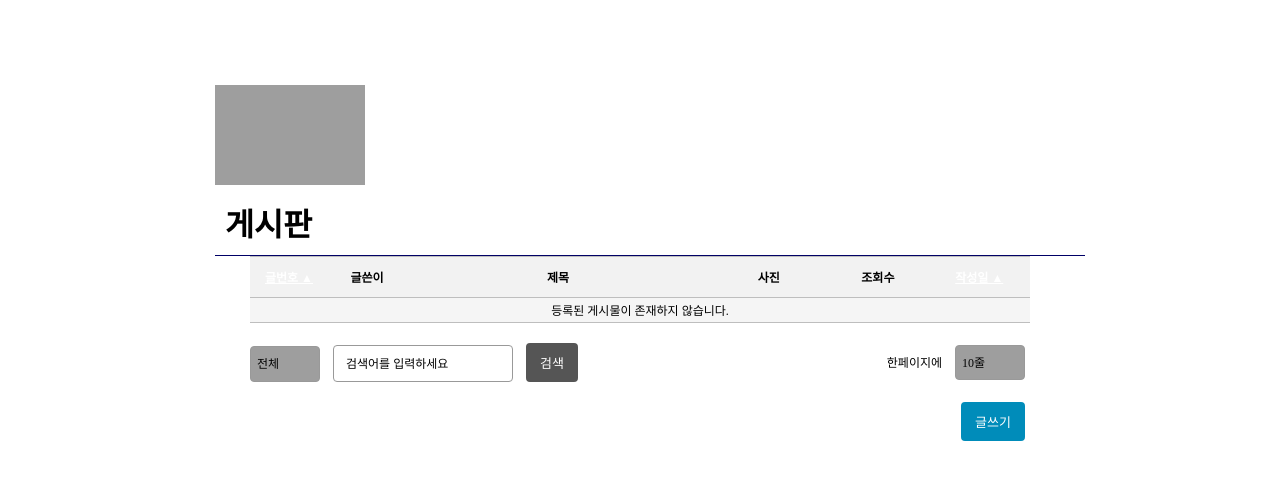
Repository: joohyoungkim19940805/gogoda
Page: http://localhost/springProject/WEB-INF/view/board/boardList.jsp
The author's editor kept a copy of each file at every save. The page is drawn from the files as they stood at one save, then again after the next save.
The browser window is 1280 px wide. The pictures show the whole page.
Pictures or frames that could not be fetched are drawn as grey boxes. The page is served by Tomcat 9. Nobody is signed in. Other server files are loaded and not shown. The template is opened directly, without the code that normally fills it, so the values that code supplies are empty.

Above is the page before, as saved 2021-03-05 05:03:24.

### springProject/WebContent/WEB-INF/view/board/boardList.jsp
<%@ page language="java" contentType="text/html; charset=UTF-8"
    pageEncoding="UTF-8"%>
<%@ taglib prefix="c" uri="http://java.sun.com/jsp/jstl/core"%>
<%@ taglib prefix="fn" uri="http://java.sun.com/jsp/jstl/functions" %>
<%@ taglib prefix="tag" uri="/WEB-INF/tld/custom_tag.tld" %>
<!DOCTYPE html>
<html>
<head>
<meta charset="UTF-8">
<meta name="viewport" content="width=device-width, initial-scale=1.0,
	  maximum-scale=1.0, minimum-scale=1.0, user-scalable=no" />
<meta http-equiv="X-UA-Compaible" content="IE=edge,chrome=1" />
<title>게시판</title>
<link rel="stylesheet" type="text/css" href="${pageContext.request.contextPath}/include/css/board.css" />
<script type="text/javascript" src="${pageContext.request.contextPath}/include/js/jquery-1.12.4.min.js"></script>
<script type="text/javascript" src="${pageContext.request.contextPath}/include/js/common.js"></script>
<script type="text/javascript">

	$(function(){
		/* 검색 후 검색 대상과 검색 단어 출력 */
		if ("<c:out value='${data.keyword}' />"!="") {
				$("#keyword").val("<c:out value='${data.keyword}' />");
				$("#search").val("<c:out value='${data.search}' />");
		}

		/* 한 페이지에 보여줄 레코드 수 조회 후 선택한 값 그대로 유지하기 위한 설정 */
		if ("<c:out value='${data.pageSize}' />"!="") {
			$("#pageSize").val("<c:out value='${data.pageSize}' />");
		}

		/* 검색 대상이 변경될 때마다 처리 이벤트 */
		$("#search").change(function(){
				if ($("#search").val()=="all") {
						$("#keyword").val("전체 데이터 조회합니다.");
				} else if($("#search").val()!="all"){
						$("#keyword").val("");
						$("#keyword").focus();
				}
		});

		/* 검색 버튼 클릭 시 처리 이벤트 */
		$("#searchData").click(function(){
			if ($("#search").val()!="all") {
					if(!chkSubmit($('#keyword'),"검색어를")) return;
			}
			goPage(1);
		});

		/* 한 페이지에 보여줄 레코드 수 변경될 때마다 처리 이벤트 */
		$("#pageSize").change(function(){
			goPage(1);
		});

		/* 글쓰기 버튼 클릭 시 처리 이벤트 */
		$("#writeForm").click(function(){
			if("${seName}"!=''){
				location.href="writeForm.ggd";
			}else{
				alert("로그인 후 이용해주세요.");
			}
		});

		/* 제목 클릭시 상세 페이지 이동을 위한 처리 이벤트 */
		$(".goDetail").click(function(){
			var bnum = $(this).parents("tr").attr("data-num");
			$("#bnum").val(bnum);
			// 상세 페이지로 이동하기 위해 form 추가 (id:detailForm)
			$("#detailForm").attr({
					"method":"get",
					"action":"boardDetail.ggd"
			});
			$("#detailForm").submit();
		});
	});

	/* 정렬 버튼 클릭 시 처리 함수 */
	function setOrder(order_by){
		$("#order_by").val(order_by);
		if ($("#order_sc").val()=='DESC') {
				$("#order_sc").val('ASC');
		} else {
				$("#order_sc").val('DESC');
		}
		goPage(1);
	}

	/* 검색과 한 페이지에 보여줄 레코드 수 처리 및 페이징을 위한 실질적인 처리 함수 */
	function goPage(page){
		if ($("#search").val()=="all") {
			 	$("#keyword").val("");
		}
		$("#page").val(page);
		$("#f_search").attr({
				"method":"get",
				"action":"boardList.ggd"
		});
		$("#f_search").submit();
	}
</script>
</head>
<body>
<div id="boardContainer" align="left">
	<div id="boardtop">
	<a href="../../springProject/emotion/mainpage.ggd">
		<img src="../images/common/gogoda.png" style="width:150px; height:100px">
	</a>
	</div>
	<div id="boardTit"><h3>게시판</h3></div>
	<!-- 상세 페이지 이동을 위한 form -->
	<form name="detailForm" id="detailForm">
		<input type="hidden" name="bnum" id="bnum">
		<input type="hidden" name="page" value="${data.page}">
		<input type="hidden" name="pageSize" value="${data.pageSize}">
	</form>

	<%--======================== 리스트 시작  ===============================--%>
	<div id="boardList">
	<table summary="게시판 리스트" >
		<colgroup>
			<col width="10%" />
			<col width="10%" />
			<col width="39%" />
			<col width="15%" />
			<col width="13%" />
			<col width="13%" />
		</colgroup>
		<thead>
			<tr>
				<th><a href="javascript:setOrder('bnum');">글번호
				<c:choose>
					<c:when test="${data.order_by=='bnum' and data.order_sc=='ASC'}">▲</c:when>
					<c:when test="${data.order_by=='bnum' and data.order_sc=='DESC'}">▼</c:when>
					<c:otherwise>▲</c:otherwise>
				</c:choose></a></th>
				<th class="borcle">글쓴이</th>
				<th>제목</th>
				<th>사진</th>
				<th>조회수</th>
				<th><a href="javascript:setOrder('binsertdate');">작성일
				<c:choose>
					<c:when test="${data.order_by=='binsertdate' and data.order_sc=='ASC'}">▲</c:when>
					<c:when test="${data.order_by=='binsertdate' and data.order_sc=='DESC'}">▼</c:when>
					<c:otherwise>▲</c:otherwise>
				</c:choose></a></th>
				<!--
				<th class="borcle">작성자</th>
				-->
			</tr>
		</thead>
		<tbody>
		<!-- 데이터 출력 -->
		<c:choose>
			<c:when test="${not empty boardList}">
				<c:forEach var="board" items="${boardList}" varStatus="status">
					<tr align="center" data-num="${board.bnum}">
						<td>${count - (status.count-1)}</td>
						<td>${board.bname}</td>
						<td align="left">
						<span class="goDetail">${board.bsubject}</span>
						</td>
						<td><img src="${pageContext.request.contextPath}/uploadStorage/${board.bfile}"  width="50" height="50" ></td>
						<td>${board.bhit}</td>
						<td>${board.binsertdate}</td>
					</tr>
				</c:forEach>
			</c:when>
			<c:otherwise>
				<tr>
					<td colspan="6" align="center">등록된 게시물이 존재하지 않습니다.</td>
				</tr>
			</c:otherwise>
		</c:choose>
		</tbody>
	</table>
	</div>
	<%--========================= 리스트 종료 ================================= --%>

		<%--======================= 검색 기능 시작 ==============================--%>
	<div id="boardSearch">
		<form id="f_search" name="f_search">
			<input type="hidden" id="page" name="page" value="${data.page}" />
			<input type="hidden" id="order_by" name="order_by" value="${data.order_by}" />
			<input type="hidden" id="order_sc" name="order_sc" value="${data.order_sc}" />
			<table summary="검색">

				<colgroup>
					<col width="70%"></col>
					<col width="30%"></col>
				</colgroup>

				<tr>
					<td id="btd1" align="center">
						<!--
						<label>검색조건</label>
						 -->
						<select id="search" name="search">
							<option value="all">전체</option>
							<option value="bsubject">제목</option>
							<option value="bcontent">내용</option>
							<option value="bname">글쓴이</option>
						</select>
						<input type="text" name="keyword" id="keyword" value="검색어를 입력하세요" />
						<input type="button" value="검색" id="searchData">
					</td>
					<td id="btd2" align="right">한페이지에
						<select id="pageSize" name="pageSize">
							<option value="10">10줄</option>
							<option value="20">20줄</option>
							<option value="30">30줄</option>
							<option value="50">50줄</option>
							<option value="70">70줄</option>
							<option value="100">100줄</option>
						</select>
					</td>
				</tr>
			</table>
		</form>
	</div>
	<%--======================== 검색 기능 종료  ===============================--%>

	<%--======================== 글쓰기 버튼 출력 시작 =========================== --%>
	<div id="boardBut" >
		<input type="button" value="글쓰기" id="writeForm" >
	</div>
	<%--======================== 글쓰기 버튼 출력 종료 =========================== --%>
	<%--======================== 페이지 네비게이션 시작  =========================== --%>
	<div id="boardPage">
		<tag:paging page="${param.page}" total="${total}" list_size="${data.pageSize}" />
	</div>
	<%--======================== 페이지 네비게이션 종료  =========================== --%>
</div>
</body>
</html>

### springProject/src/g/g/d/com/board/common/BoardPagingTag.java
package g.g.d.com.board.common;

import java.io.IOException;
import javax.servlet.jsp.JspException;
import javax.servlet.jsp.tagext.TagSupport;

public class BoardPagingTag extends TagSupport {
	private static final long serialVersionUID = 1L;
	/*
	 * @param page 		현재 페이지 번호
	 * @param total 	전체 조회된 Row 수
	 * @param list_size 페이지에 보여주는 레코드수
	 * @param page_size 페이지 네비게이터에 표시되는 페이지 버튼의 갯수
	 * */

	private int page = 1;
	private int total = 1;
	private int list_size = 10;
	private int page_size = 10;

	@Override
	public int doStartTag() throws JspException{
		try {
			pageContext.getOut().println(getPaging());
		} catch (IOException e) {
			e.printStackTrace();
		}
		return super.doStartTag();
	}

	public void setPage(int page) {
		this.page = page;
	}

	public void setTotal(int total) {
		this.total = total;
	}

	public void setList_size(int list_size) {
		this.list_size = list_size;
	}

	public void setPage_size(int page_size) {
		this.page_size = page_size;
	}

	public String getPaging() {
		String ret = "";

		if (page < 1)
				page = 1;
		if (total < 1)
				return "";

		/* page가 1페이지이고 page_size가 2이면 */
		/* currentFirst는 1 */
		int currentFirst = ((page-1)/page_size)*page_size + 1;

		/* currentlast는 2 */
		int currentlast = ((page-1)/page_size)*page_size + page_size;

		/* nextFirst는 3 */
		int nextFirst = (((page-1)/page_size)+1)*page_size + 1;

		/* prevLast는 0 */
		int prevLast = (((page-1)/page_size)-1)*page_size + 1;

		int lastPage = 1;
		lastPage = total / list_size;
		/*
		 *lastPage(총 페이지수)는 total이 11이고  list_size가 10이면 1을 가진다.
		 *그래서 총 페이지 수가 나누어 떨어지지 않으면 나머지 레코드를 출력할
		 *페이지가 필요하다는 의미
		 * */
		if(total%list_size != 0) lastPage = lastPage + 1;

		/* currentlast가 lastPage(총 페이지수)보다 크면 마지막 페이지로 수정 */
		currentlast = (currentlast>lastPage)?lastPage:currentlast;

		ret += "<div class='paginate' align='center'>";

		if (page > 1) {
			ret += "<a href=\"javascript:goPage('1')\"><span></span></a>";
		} else {
			ret += "<span></span>";
		}

		if (prevLast > 0) {
			ret += "<a href=\"javascript:goPage('"+prevLast+"');\"></span></a>";
		} else {
			ret += "<span></span>";
		}

		for (int j = currentFirst; j<currentFirst+page_size && j<=lastPage; j++) {
			if (j <= currentlast) {
				if (j == page) {
					ret += "<a href='#' class='on textAn' style='text-decoration:none' >"+j+"</a>";
				} else {
					ret += "<a href=\"javascript:goPage('"+j+"');\"class='textAn' style='text-decoration:none'>"+j+"</a>";
				}
			}
		}

		if (nextFirst <= lastPage) {
			ret += "<a href=\"javascript:goPage('"+nextFirst+"');\"></span></a>";
		} else {
			ret += "<span></span>";
		}

		if (page<lastPage) {
			ret += "<a href=\"javascript:goPage('"+lastPage+"');\"><span></span></a>";
		} else {
			ret += "<span></span>";
		}
		ret += "</div>";

		return ret;
	}
}

### springProject/WebContent/include/css/board.css
@charset "UTF-8";
/*공통 부분*/
*{
	margin:0px;
	padding:0px;
}

#memlogout {
	margin:10px 5px 10px;
	text-align:right;
	font-size: 13px;
	background-color: #505050;
	color: white;
	border: 2px solid #505050;
	border-radius: 4px;
	padding: 8px 12px;
	transition-duration: 0.4s;
}
#memlogout:hover{
	background-color: white;
	color: black;
}

td,input,select{
	font-family:'Verdana,sans-serif';
	font-size:12px;
}
a{
	text-decoration:underline;
	color:#ffffff;
}
caption{
	display:none;
}
img{
	border:30px;
}

p{
    display: block;
    margin-block-start: 1em;
    margin-block-end: 1em;
    margin-inline-start: 0px;
    margin-inline-end: 0px;
}

/*게시판 리스트 화면*/
/*제목 부분*/
.display-container {
	position: relative;
	max-width: 100%;
	margin-left: auto;
	margin-right: auto;
	letter-spacing: 4px;
}
.applepie-image {
	opacity: 0.7;
	display: block;
	max-width: 100%;
	height: 510px;
	transition: .5s ease;
	backface-visibility: hidden;
	vertical-align: middle;
	border-style: none;
}
.board-display {
	opacity: 1;
	position: absolute;
	top: 50%;
	left: 50%;
	transform: translate(-50%, -50%);
	-ms-transform: translate(-50%, -50%)
}

#boardContainer{
	max-width: 850px;
	margin-top: 85px;
	margin-bottom: 30px;
	margin-left: auto;
	margin-right: auto;
	justify-content: center;
}
/*
#boardtop{
	border-left:10px solid #ff0000;
	border-bottom: 1px solid #000066;
	padding: 10px; width:760px;
}*/
#boardTit{
	font-size: 27px;
	/*border-left:10px solid #0000ff;*/
	border-bottom: 1px solid #000066;
	padding: 10px;
	width:850px;
}

/*검색 부분*/
#boardSearch table{
	width:820px;
	border-collapse:collapse;
}
#boardSearch #btd1{
	width:700px;
	text-align:left;
	padding-top: 10px;
	padding-left: 25px;
}

#boardSearch select{
	width: 70px;
	padding: .8em .5em;
	margin:10px;
	font-family: inherit;
	background: url(https://farm1.staticflickr.com/379/19928272501_4ef877c265_t.jpg) no-repeat 95% 50%;
	border: 1px solid #999;
	border-radius: 4px;
	-webkit-appearance: none; /* 네이티브 외형 감추기 */
    -moz-appearance: none;
	appearance: none;
}
#boardSearch #keyword {
	width: 180px;
	padding: 10px 12px;
	box-sizing: border-box;
	border: 0.5px solid #999;
	border-radius: 4px;
	-webkit-transition: 0.5s;
	transition: 0.4s;
	outline: none;
	appearance: none;
}
#boardSearch #keyword:focus {
	border: 3px solid #555;
}
#boardSearch #btd2{
	width:300px;
	text-align:right;
	padding-top: 10px;
}
#boardSearch #searchData{
	margin:10px;
	text-align:right;
	font-size: 13px;
	background-color: #555555;
	color: white;
	border: 2px solid #555555;
	border-radius: 4px;
	padding: 8px 12px;
	transition-duration: 0.4s;
}
#boardSearch #searchData:hover {
  background-color: white;
  color: black;
}

/*리스트 부분*/
/*
#boardList{
	margin:30px;
}*/

#boardList table{
	width:780px;
	padding:0px;
	/*border:1px solid #000066;*/
	border-bottom:0px;
	border-collapse:collapse;
	margin:auto;
	background-color: #f5f5f5;
}
#boardList tr{
	padding:0px;
}
#boardList th{
	height: 30px;
	border-top:1px solid #bebebe;
	border-bottom:1px solid #bebebe;
	/*border-right:1px solid #000066;*/
	padding:5px;
	background-color:#f2f2f2;
	font-size: 12px;
}
#boardList td{
	padding:3px;
	border-bottom:1px solid #bebebe;
}
#boardList tr:nth-child(even){
	background-color: #f9f9f9
}
#boardList .borcle{
/*	border-right:1px solid #000066;*/
}

/*글쓰기 버튼 부분*/
#boardContainer #writeForm{
	margin:10px;
	text-align:right;
	font-size: 13px;
	background-color: #008CBA;
	color: white;
	border: 2px solid #008CBA;
	border-radius: 4px;
	padding: 8px 12px;
	transition-duration: 0.4s;
}

#boardContainer #writeForm:hover {
	background-color: white;
	color: black;
}

/*페이징 출력 div 부분*/
#boardContainer #boardPage{
	width:780px;
	margin:10px;
}

/*페이징 버튼 부분*/
.paginate{
	width:100%;
	height:25px;
	vertical-align:top;
	font-size:20px;
	text-align:center;
	font-weight:00;
	display:inline-block;
	letter-spacing:12px

}

.paginate span .textAn{
	text-decoration:none;
	color:white;
	float:left;
	vertical-align:top;
	font-weight:100;
}
.paginate a.on{
	font-weight:100;
	color:black;
}
.paginate a.on.textAn.active{
	color:#808080;
}
.paginate a.on.textAn:hover:not(.active){
	color:#808080;
}


/*게시판 입력 화면*/
/*#writetop{
	border-left:10px solid #ff0000;
	border-bottom: 1px solid #000066;
	padding: 10px;
	width:760px;
}*/
#boardWrite{
	width:780px;
	padding:0px;
	border-top:1px solid #bebebe;
	border-bottom:0px;
	margin:auto;
	border-collapse:collapse;
	background-color: #f9f9f9;
}
#boardWrite td{
	padding:5px;
	border-bottom:1px solid #bebebe;
}
#boardWrite #bname,#bsubject,#bpw{
	width:200px;
	padding: 5px 5px;
	box-sizing: border-box;
	border: 1px solid #ccc;
	border-radius: 4px;
	outline: none;
}

#b_title{
	width:480px
}
#b_content{
	border:1px solid #000066;
	width:150px; width:480px;
	height:200px;
}
#boardBut{
	width:820px;
	text-align:right;
	/*margin-top:15px;*/
}
#boardWrite #fileSelect{
   background-color: #9696FF;
   border: none;
   border-radius: 4px;
    color: white;
    padding: 5px 5px;
    text-align: center;
    text-decoration: none;
    display: inline-block;
    font-size: 12px;
    margin: 4px 2px;
    width: 82px;
    cursor: pointer;
}
#boardBut #boardInsert {
	margin:10px 5px 10px;
	text-align:right;
	font-size: 13px;
	background-color: #505050;
	color: white;
	border: 2px solid #505050;
	border-radius: 4px;
	padding: 8px 12px;
	transition-duration: 0.4s;
}
#boardBut #boardInsert:hover {
	background-color: white;
	color: black;
}
#boardBut #boardList{
	margin:10px 5px 10px;
	text-align:right;
	font-size: 13px;
	background-color: #505050;
	color: white;
	border: 2px solid #505050;
	border-radius: 4px;
	padding: 8px 12px;
	transition-duration: 0.4s;
}
#boardBut #boardList:hover{
	background-color: white;
	color: black;
}
#boardBut #boardUpdate{
	margin:10px 5px 10px;
	text-align:right;
	font-size: 13px;
	background-color: #505050;
	color: white;
	border: 2px solid #505050;
	border-radius: 4px;
	padding: 8px 12px;
	transition-duration: 0.4s;
}
#boardBut #boardUpdate:hover{
	background-color: white;
	color: black;
}
/*
#file-upload-button{
	background-color: #008CBA;
	border-radius: 4px;
}*/
#tel_no1,#tel_02,#tel_no3{
	width:50px;
}
#mop_no1,#mop_no2,#mop_no3{
	width:50px;
}
#idCheckMsg{
	font-weight:bold;
}

/*게시판 상세 화면*/
/*
#Detailtop{
	border-left:10px solid #ff0000;
	border-bottom: 1px solid #000066;
	padding: 10px;
	width:760px;
}
*/
#boardPwdBut{
	width:780px;
	/* margin:10px; */
	margin-left:8px;
}
#boardPwdBut #btd1{
	width:650px;
	text-align:left;
	padding-top: 10px
}
#pwdChk #bpw {
	background-color: white;
	border-color: #ff8080;
	margin-left:30px;
}
#pwdChk #pwdBut {
	margin:10px 5px 10px;
	text-align:right;
	font-size: 13px;
	background-color: #ff8080;
	color: white;
	border: 2px solid #ff8080;
	border-radius: 4px;
	padding: 8px 12px;
	transition-duration: 0.4s;
}
#pwdChk #pwdBut:hover {
  background-color: white;
  color: black;
}

#boardPwdBut #btd2{
	width:250px;
	text-align:right;
	vertical-align:bottom;
	margin:30px;
	padding-top: 10px
}
#boardPwdBut input{
	margin:10px 5px 10px;
	text-align:right;
	font-size: 13px;
	background-color: #505050;
	color: white;
	border: 2px solid #505050;
	border-radius: 4px;
	padding: 8px 12px;
	transition-duration: 0.4s;
}
#boardPwdBut input:hover {
  background-color: white;
  color: black;
}
#msg{
	padding-left:4px;
	vertical-align:middle;
	font-weight:bold;
}
#pwdChk #l_pwd{
	vertical-align:bottom;
}
#pwdChk #b_pwd{
	border:1px dotted #000066;
}

#boardDetail table{
	width:710px;
	padding:0px;
	border-top:1px solid #bebebe;
    margin:auto;
    border-collapse:collapse;
	background-color: #ffffff;
}
#boardDetail td{
	height:30px;
	padding:5px;
	border-bottom:1px solid #bebebe;
	vertical-align:middle;
}
#boardDetail .vm{
	vertical-align:middle;
}
#boardDetail .ctr{
	height:150px;
	vertical-align:top
}
#boardDetail .ac{
	text-align:center;
	vertical-align:center;
	background-color:#f2f2f2;
	font-weight:bold;
}

Loaded but not shown: springProject/WebContent/include/js/jquery-1.12.4.min.js (library); springProject/WebContent/include/js/common.js (12 lines, source omitted); springProject/WebContent/include/css/main.css (340 lines, source omitted)

After the next save:
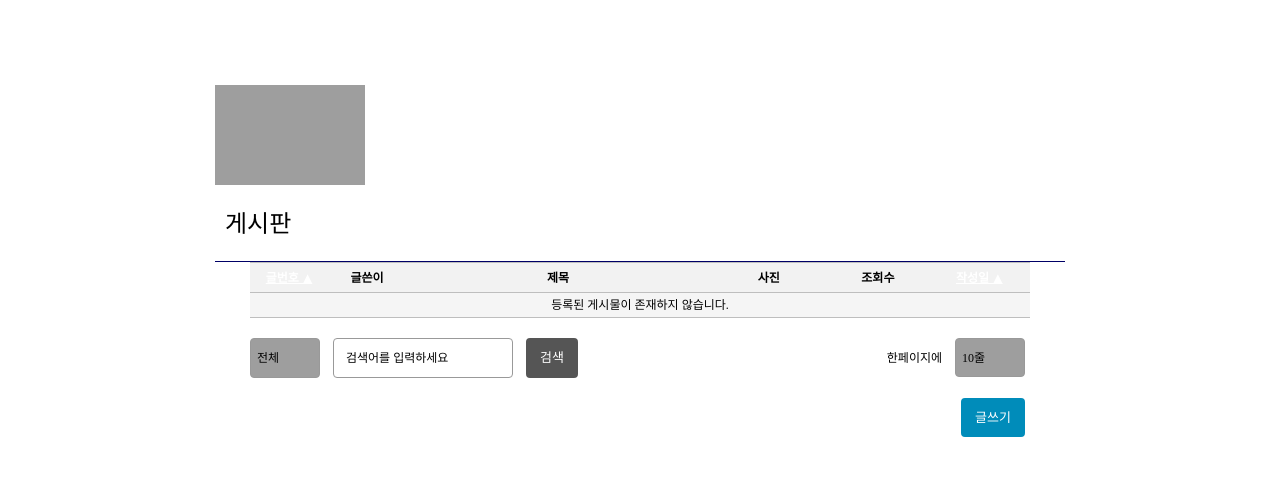
Saved 4 h 15 min later.
--- a/springProject/WebContent/WEB-INF/view/board/boardList.jsp
+++ b/springProject/WebContent/WEB-INF/view/board/boardList.jsp
@@ -11,7 +11,9 @@
 	  maximum-scale=1.0, minimum-scale=1.0, user-scalable=no" />
 <meta http-equiv="X-UA-Compaible" content="IE=edge,chrome=1" />
 <title>게시판</title>
+<link rel="stylesheet" type="text/css" href="${pageContext.request.contextPath}/include/css/main.css" />
 <link rel="stylesheet" type="text/css" href="${pageContext.request.contextPath}/include/css/board.css" />
+
 <script type="text/javascript" src="${pageContext.request.contextPath}/include/js/jquery-1.12.4.min.js"></script>
 <script type="text/javascript" src="${pageContext.request.contextPath}/include/js/common.js"></script>
 <script type="text/javascript">
